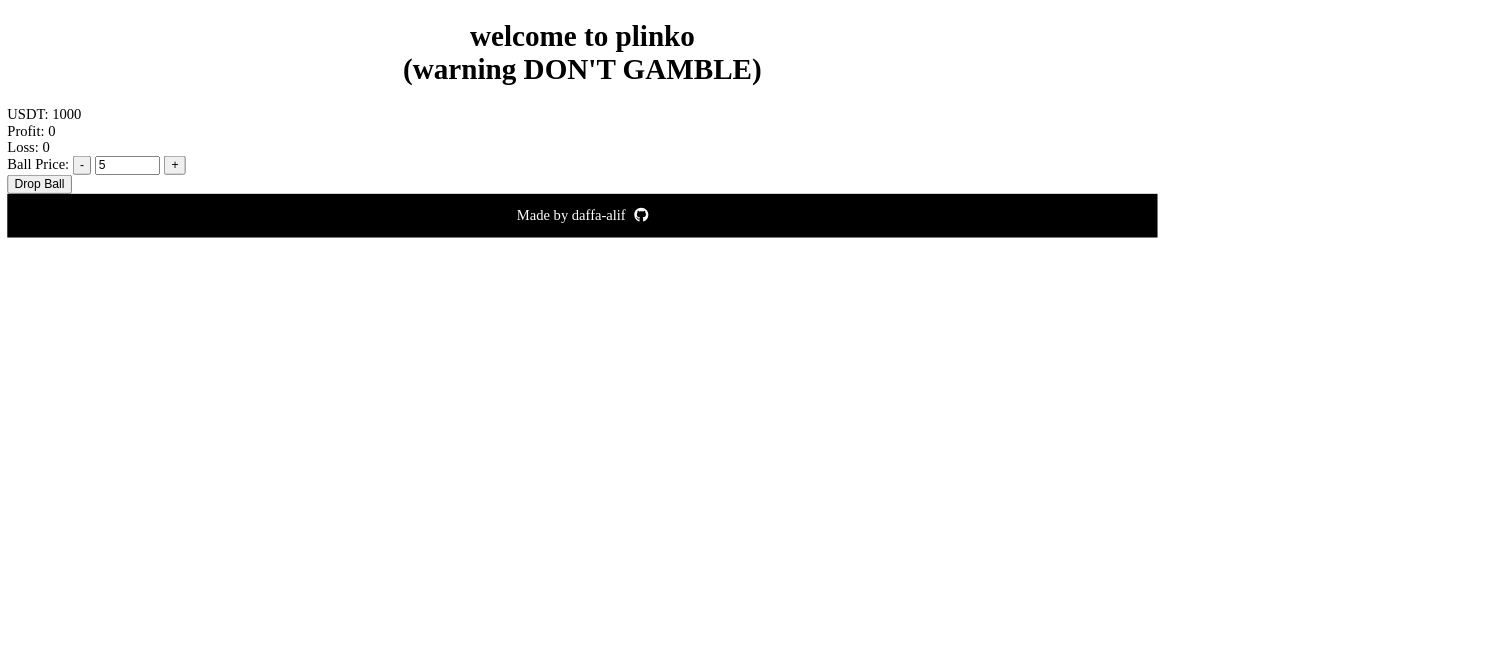
Repository: daffa-alif/PLINKO-JS
Page: index.html
The author's editor kept a copy of each file at every save. The page is drawn from the files as they stood at one save, then again after the next save.
The browser window is 1280 px wide. The page is 1643 px wide, then 1280 px, so the pictures cover 1643 px, including what lies to the right of the window. The pictures show the whole page, at 91% of full size.

Above is the page before, as saved 2025-03-07 09:31:17.

### index.html
<!DOCTYPE html>
<html lang="en">
<head>
    <meta charset="UTF-8">
    <meta name="viewport" content="width=device-width, initial-scale=1.0">
    <title>Plinko Game</title>
    <script src="https://cdnjs.cloudflare.com/ajax/libs/font-awesome/6.4.2/js/all.min.js"></script>
    <style></style>
</head>
<body>

<div class="">
<div class="nav" style="text-align: center;">
    <h1>welcome to plinko <br> (warning DON'T GAMBLE)</h1>
</div>
    <div>

        <div>
            <div class="balance">USDT: <span id="balance">1000</span></div>
    <div class="statistics">
        Profit: <span id="profit" class="profit">0</span><br>
        Loss: <span id="loss" class="loss">0</span>
    </div>
</div>

<div>

    <div class="container">
        <div class="plinko-board" id="plinkoBoard"></div>
        <div class="controls">
            <div class="price-controls">
                <span>Ball Price:</span>
                <button id="decreasePrice">-</button>
                <input type="number" id="ballPrice" value="5" min="5" max="1000">
                <button id="increasePrice">+</button>
            </div>
            <button id="dropButton">Drop Ball</button>
            <div class="results" id="results"></div>
        </div>
    </div>
</div>

<div>
    <footer style="background-color: black; color: white; text-align: center; padding: 15px;">
        Made by daffa-alif
        <a href="https://github.com/daffa-alif" target="_blank" style="color: white; margin-left: 5px;">
            <i class="fab fa-github"></i>
        </a>
    </footer>
</div>

<!-- FontAwesome CDN for GitHub Icon -->

</div>
</div>

<script src="script.js"></script>
</body>
</html>

### script.js
// Game configuration
const config = {
    rows: 20,                // Increased from 16 to 20 rows for taller board
    pegsStartCount: 3,       // Start with 3 pegs at the top row
    ballSpeed: 0.5,
    gravity: 0.15,
    friction: 0.99,
    pegInfluence: 0.6,
    maxActiveBalls: 10,
    // Updated multipliers to match the image exactly
    multipliers: [1000, 100, 10, 5, 2, 1, 0.7, 0.2, 0.2, 0.2, 0.7, 1, 2, 5, 26, 130, 1000],
    horizontalSpacingFactor: 1.6
};

let balance = 1000;
let totalProfit = 0;
let totalLoss = 0;
let ballPrice = 30;
let activeBalls = [];
let pegLayout = [];

// Initialize the board
function initializeBoard() {
    const board = document.getElementById('plinkoBoard');
    const boardWidth = board.clientWidth;
    const boardHeight = board.clientHeight;

    // Calculate peg spacing for the wider triangular pattern
    const horizontalSpacing = (boardWidth / (config.rows + 1)) * config.horizontalSpacingFactor;
    const verticalSpacing = (boardHeight - 80) / (config.rows);

    // Create pegs in a triangular pattern with progressive row lengths
    for (let row = 0; row < config.rows; row++) {
        // Calculate number of pegs in this row (increase by 1 for each row, starting with config.pegsStartCount)
        const pegsInRow = config.pegsStartCount + row;

        // Calculate the starting position for the first peg in the row
        const rowStartX = boardWidth / 2 - (horizontalSpacing * (pegsInRow - 1)) / 2;

        for (let col = 0; col < pegsInRow; col++) {
            const peg = document.createElement('div');
            peg.className = 'peg';

            // Add some highlight pegs (red pegs)
            if (Math.random() < 0.2) {
                peg.classList.add('highlight-peg');
            }

            // Calculate position for evenly distributed pegs
            const offsetX = rowStartX + col * horizontalSpacing;
            const offsetY = verticalSpacing * row + 50;

            peg.style.left = `${offsetX}px`;
            peg.style.top = `${offsetY}px`;

            board.appendChild(peg);

            // Store peg position for collision detection
            pegLayout.push({
                x: offsetX,
                y: offsetY,
                highlight: peg.classList.contains('highlight-peg'),
                element: peg
            });
        }
    }

    // Create buckets - FIXED VERSION
    const buckets = document.createElement('div');
    buckets.className = 'buckets';

    // Get the last row of pegs to align buckets with
    const lastRowPegs = pegLayout.slice(-config.pegsStartCount - config.rows + 1);
    const leftmostPeg = lastRowPegs[0].x;
    const rightmostPeg = lastRowPegs[lastRowPegs.length - 1].x;
    const bucketAreaWidth = rightmostPeg - leftmostPeg;

    // Define colors for buckets based on multipliers
    const getColorForMultiplier = (multiplier) => {
        if (multiplier >= 100) return '#e74c3c';      // Red for highest multipliers
        if (multiplier >= 10) return '#e67e22';       // Orange for high multipliers
        if (multiplier >= 2) return '#f1c40f';        // Yellow for medium multipliers
        return '#f39c12';                             // Gold for low multipliers
    };

    // Set the buckets container width to match the width of the last row of pegs
    buckets.style.width = `${bucketAreaWidth}px`;
    buckets.style.left = `${leftmostPeg}px`;
    buckets.style.position = 'absolute';

    // Add bucket divs to match the multipliers
    const multiplierCount = config.multipliers.length;
    const bucketWidth = bucketAreaWidth / multiplierCount;

    for (let i = 0; i < multiplierCount; i++) {
        const bucket = document.createElement('div');
        bucket.className = 'bucket';
        bucket.style.backgroundColor = getColorForMultiplier(config.multipliers[i]);
        bucket.textContent = `${config.multipliers[i]}x`;
        bucket.style.width = `${bucketWidth}px`;
        buckets.appendChild(bucket);
    }

    board.appendChild(buckets);
}

// Create a falling ball animation
function showBallDropAnimation() {
    return new Promise(resolve => {
        const board = document.getElementById('plinkoBoard');
        const fallingBall = document.createElement('div');
        fallingBall.className = 'falling-ball-animation';
        board.appendChild(fallingBall);

        setTimeout(() => {
            fallingBall.remove();
            resolve();
        }, 500);
    });
}

// Create a ball and start animation
async function dropBall() {
    const currentBallPrice = parseInt(document.getElementById('ballPrice').value);
    if (balance < currentBallPrice) {
        document.getElementById('results').textContent = "Not enough balance!";
        setTimeout(() => {
            document.getElementById('results').textContent = "";
        }, 2000);
        return;
    }

    // Check if we've reached the maximum number of active balls
    if (activeBalls.length >= config.maxActiveBalls) {
        document.getElementById('results').textContent = "Too many balls in play!";
        setTimeout(() => {
            document.getElementById('results').textContent = "";
        }, 2000);
        return;
    }

    // Deduct ball price from balance
    balance -= currentBallPrice;
    document.getElementById('balance').textContent = balance;

    // Show the ball drop animation
    await showBallDropAnimation();

    const board = document.getElementById('plinkoBoard');
    const boardWidth = board.clientWidth;

    // Ball starts at the top center of the board
    const ball = document.createElement('div');
    ball.className = 'ball';
    ball.style.left = `${boardWidth / 2}px`;
    ball.style.top = '20px';
    board.appendChild(ball);

    // Create a new ball object
    const newBall = {
        element: ball,
        id: Date.now(),
        x: boardWidth / 2,
        y: 20,
        vx: (Math.random() - 0.5) * 0.5,
        vy: 1,
        radius: 8,
        price: currentBallPrice
    };

    // Add ball to active balls array
    activeBalls.push(newBall);

    // Start animation if it's not already running
    if (activeBalls.length === 1) {
        requestAnimationFrame(animateAllBalls);
    }
}

// Animate all active balls
function animateAllBalls(timestamp) {
    if (activeBalls.length === 0) return;

    const board = document.getElementById('plinkoBoard');
    const boardWidth = board.clientWidth;
    const boardHeight = board.clientHeight;

    // Get bucket positions for collision detection - FIXED VERSION
    const buckets = document.querySelector('.buckets');
    const bucketsRect = buckets.getBoundingClientRect();
    const boardRect = board.getBoundingClientRect();

    const bucketsLeft = bucketsRect.left - boardRect.left;
    const bucketsWidth = bucketsRect.width;
    const bucketCount = config.multipliers.length;
    const bucketWidth = bucketsWidth / bucketCount;

    // Process each active ball
    for (let i = activeBalls.length - 1; i >= 0; i--) {
        const ball = activeBalls[i];

        // Apply gravity
        ball.vy += config.gravity;

        // Apply friction
        ball.vx *= config.friction;
        ball.vy *= config.friction;

        // Update position
        ball.x += ball.vx;
        ball.y += ball.vy;

        // Collision with side walls
        if (ball.x - ball.radius < 0) {
            ball.x = ball.radius;
            ball.vx = -ball.vx * 0.5;
        } else if (ball.x + ball.radius > boardWidth) {
            ball.x = boardWidth - ball.radius;
            ball.vx = -ball.vx * 0.5;
        }

        // Collision with pegs
        for (const peg of pegLayout) {
            const dx = ball.x - peg.x;
            const dy = ball.y - peg.y;
            const distance = Math.sqrt(dx * dx + dy * dy);

            if (distance < ball.radius + 6) {
                // Calculate the angle of collision
                const angle = Math.atan2(dy, dx);

                // Move the ball outside of the peg
                const newX = peg.x + (ball.radius + 6) * Math.cos(angle);
                const newY = peg.y + (ball.radius + 6) * Math.sin(angle);

                ball.x = newX;
                ball.y = newY;

                // Add randomness to the bounce but with a slight bias toward outer edges
                let randomness = (Math.random() * 2 - 1) * config.pegInfluence;

                // Very subtle bias toward edges
                if (ball.x < boardWidth * 0.3) {
                    randomness -= 0.05; // Slight bias leftward
                } else if (ball.x > boardWidth * 0.7) {
                    randomness += 0.05; // Slight bias rightward
                }

                // Update velocity with a bounce effect and randomness
                const speed = Math.sqrt(ball.vx * ball.vx + ball.vy * ball.vy);
                ball.vx = Math.cos(angle + randomness) * speed;
                ball.vy = Math.sin(Math.abs(angle + randomness)) * speed; // Keep ball moving downward

                // Highlight the peg temporarily
                peg.element.style.backgroundColor = '#ffdd59';
                setTimeout(() => {
                    peg.element.style.backgroundColor = peg.highlight ? '#ff4757' : 'white';
                }, 100);
            }
        }

        // Check if ball reached bucket level
        if (ball.y > boardHeight - 60) {
            // Calculate which bucket the ball fell into based on the fixed buckets position - FIXED VERSION
            let bucketIndex = -1;

            // Check if the ball is within the bucket area
            if (ball.x >= bucketsLeft && ball.x <= bucketsLeft + bucketsWidth) {
                // Calculate the bucket index based on the ball's position relative to the buckets
                bucketIndex = Math.floor((ball.x - bucketsLeft) / bucketWidth);
                bucketIndex = Math.min(bucketIndex, bucketCount - 1);
            } else {
                // If the ball is outside the bucket area, put it in the nearest edge bucket
                bucketIndex = ball.x < bucketsLeft ? 0 : bucketCount - 1;
            }

            // Apply multiplier to the bet
            const multiplier = config.multipliers[bucketIndex];
            const winAmount = Math.floor(ball.price * multiplier);
            balance += winAmount;
            document.getElementById('balance').textContent = balance;

            // Update profit/loss statistics
            if (winAmount > ball.price) {
                const profit = winAmount - ball.price;
                totalProfit += profit;
                document.getElementById('profit').textContent = totalProfit;
            } else if (winAmount < ball.price) {
                const loss = ball.price - winAmount;
                totalLoss += loss;
                document.getElementById('loss').textContent = totalLoss;
            }

            // Display result message
            const resultElement = document.getElementById('results');
            if (winAmount > ball.price) {
                resultElement.textContent = `You won ${winAmount} USDT!`;
                resultElement.style.color = '#1dd1a1';
            } else if (winAmount < ball.price) {
                resultElement.textContent = `You lost ${ball.price - winAmount} USDT`;
                resultElement.style.color = '#ff6b6b';
            } else {
                resultElement.textContent = `You broke even!`;
                resultElement.style.color = '#f7d794';
            }

            // Highlight the winning bucket
            const bucketElements = document.querySelectorAll('.bucket');
            bucketElements[bucketIndex].style.transform = 'translateY(-5px)';
            setTimeout(() => {
                bucketElements[bucketIndex].style.transform = 'translateY(0)';
            }, 300);

            // Remove ball from DOM
            ball.element.remove();

            // Remove ball from active balls array
            activeBalls.splice(i, 1);
        }

        // Update ball position in DOM
        ball.element.style.left = `${ball.x}px`;
        ball.element.style.top = `${ball.y}px`;
    }

    // Continue animation if there are still active balls
    if (activeBalls.length > 0) {
        requestAnimationFrame(animateAllBalls);
    }
}

// Initialize the game
window.addEventListener('DOMContentLoaded', () => {
    initializeBoard();

    // Update balance display
    document.getElementById('balance').textContent = balance;

    // Add event listener for the drop button
    document.getElementById('dropButton').addEventListener('click', () => {
        dropBall();
    });

    // Add event listeners for ball price adjustment
    document.getElementById('decreasePrice').addEventListener('click', () => {
        const priceInput = document.getElementById('ballPrice');
        let currentPrice = parseInt(priceInput.value);
        if (currentPrice > 5) {
            priceInput.value = currentPrice - 5;
        }
    });

    document.getElementById('increasePrice').addEventListener('click', () => {
        const priceInput = document.getElementById('ballPrice');
        let currentPrice = parseInt(priceInput.value);
        if (currentPrice < 1000) {
            priceInput.value = currentPrice + 5;
        }
    });

    // Ensure ball price is valid
    document.getElementById('ballPrice').addEventListener('change', (e) => {
        let value = parseInt(e.target.value);
        if (isNaN(value) || value < 5) {
            e.target.value = 5;
        } else if (value > 1000) {
            e.target.value = 1000;
        }
    });
});

### styles.css
body {
    background-color: #1a2430;
    font-family: Arial, sans-serif;
    display: flex;
    justify-content: center;
    align-items: center;
    height: 100vh;
    margin: 0;
    color: white;
    overflow: hidden;
}

.container {
    position: relative;
    width: 600px;
    height: 900px; /* Increased from 700px to 900px */
    display: flex;
    flex-direction: column;
    align-items: center;
}

.plinko-board {
    position: relative;
    width: 500px;
    height: 800px; /* Increased from 600px to 800px */
}

.peg {
    position: absolute;
    width: 8px;
    height: 8px;
    background-color: white;
    border-radius: 50%;
    transform: translate(-50%, -50%);
}

.highlight-peg {
    background-color: #ff4757;
}

.ball {
    position: absolute;
    width: 16px;
    height: 16px;
    background-color: #ff6b81;
    border-radius: 50%;
    z-index: 10;
    transform: translate(-50%, -50%);
}

.buckets {
    display: flex;
    width: 100%;
    justify-content: space-between;
    position: absolute;
    bottom: 0;
}

.bucket {
    width: 55px;
    height: 40px;
    display: flex;
    justify-content: center;
    align-items: center;
    font-weight: bold;
    color: black;
    border-top-left-radius: 5px;
    border-top-right-radius: 5px;
}

.controls {
    margin-top: 20px;
    display: flex;
    flex-direction: column;
    align-items: center;
    gap: 10px;
    width: 100%;
}

button {
    padding: 10px 20px;
    font-size: 16px;
    border: none;
    border-radius: 5px;
    background-color: #2e86de;
    color: white;
    cursor: pointer;
    width: 150px;
}

button:hover {
    background-color: #54a0ff;
}

button:disabled {
    background-color: #7f8c8d;
    cursor: not-allowed;
}

.balance {
    position: absolute;
    top: 20px;
    left: 20px;
    font-size: 20px;
    font-weight: bold;
    background-color: rgba(0, 0, 0, 0.5);
    padding: 10px 15px;
    border-radius: 5px;
    z-index: 100;
}

.statistics {
    position: absolute;
    top: 70px;
    left: 20px;
    font-size: 16px;
    background-color: rgba(0, 0, 0, 0.5);
    padding: 10px 15px;
    border-radius: 5px;
    z-index: 100;
}

.profit {
    color: #1dd1a1;
}

.loss {
    color: #ff6b6b;
}

.price-controls {
    display: flex;
    align-items: center;
    gap: 10px;
    margin-bottom: 10px;
}

input {
    padding: 8px;
    width: 80px;
    text-align: center;
    font-size: 18px;
    border-radius: 5px;
    border: none;
}

.results {
    margin-top: 10px;
    font-size: 18px;
    color: #1dd1a1;
    height: 25px;
}

.falling-ball-animation {
    display: block;
    position: absolute;
    top: 0;
    left: 50%;
    transform: translateX(-50%);
    width: 16px;
    height: 16px;
    background-color: #ff6b81;
    border-radius: 50%;
    z-index: 11;
    animation: fallAnimation 1s ease-in;
}

@keyframes fallAnimation {
    0% {
        top: -20px;
    }
    100% {
        top: 20px;
    }
}

After the next save:
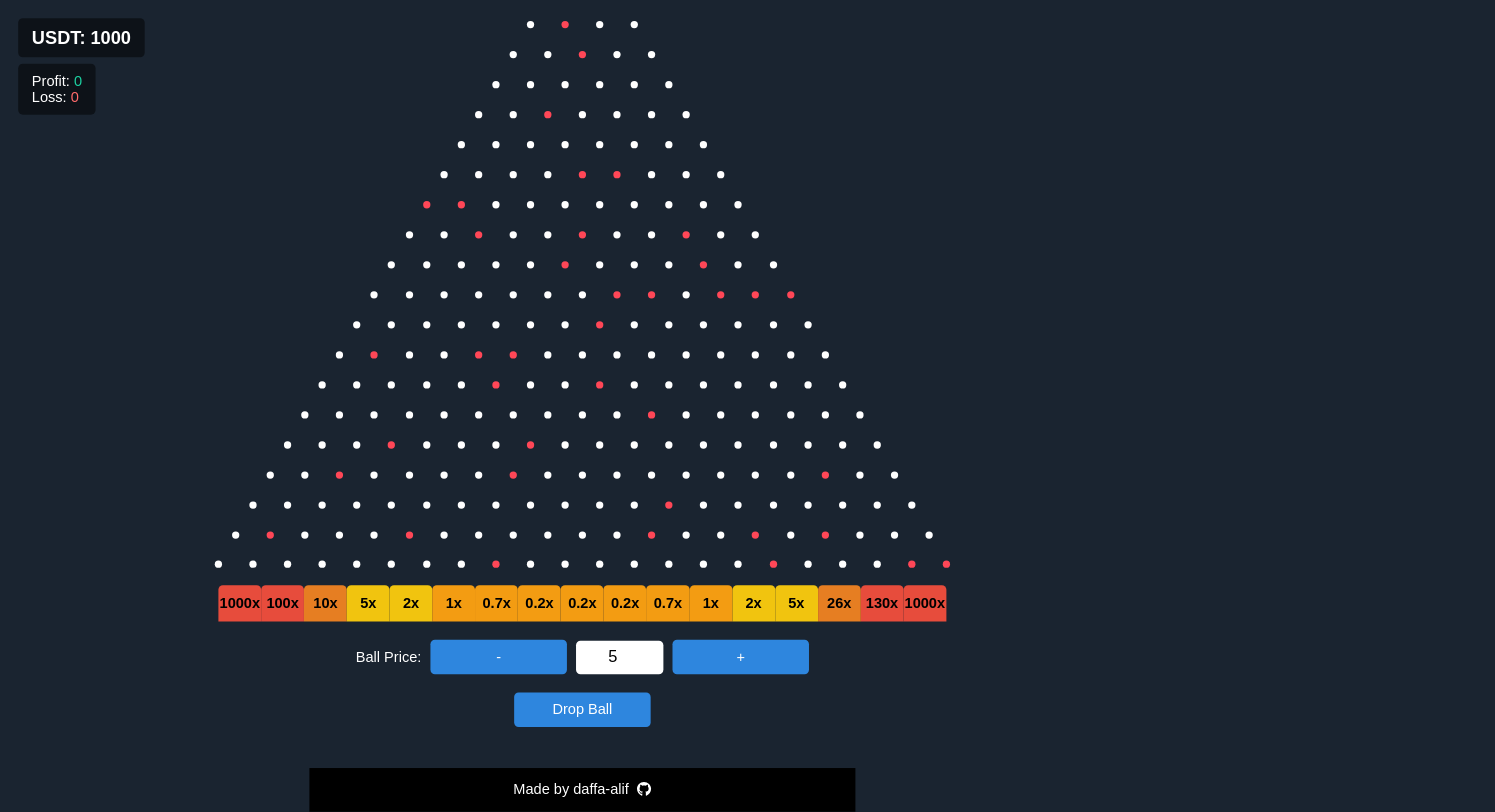
Saved 10 s later.
--- a/index.html
+++ b/index.html
@@ -5,7 +5,7 @@
     <meta name="viewport" content="width=device-width, initial-scale=1.0">
     <title>Plinko Game</title>
     <script src="https://cdnjs.cloudflare.com/ajax/libs/font-awesome/6.4.2/js/all.min.js"></script>
-    <style></style>
+    <link rel="stylesheet" href="styles.css">
 </head>
 <body>
 
